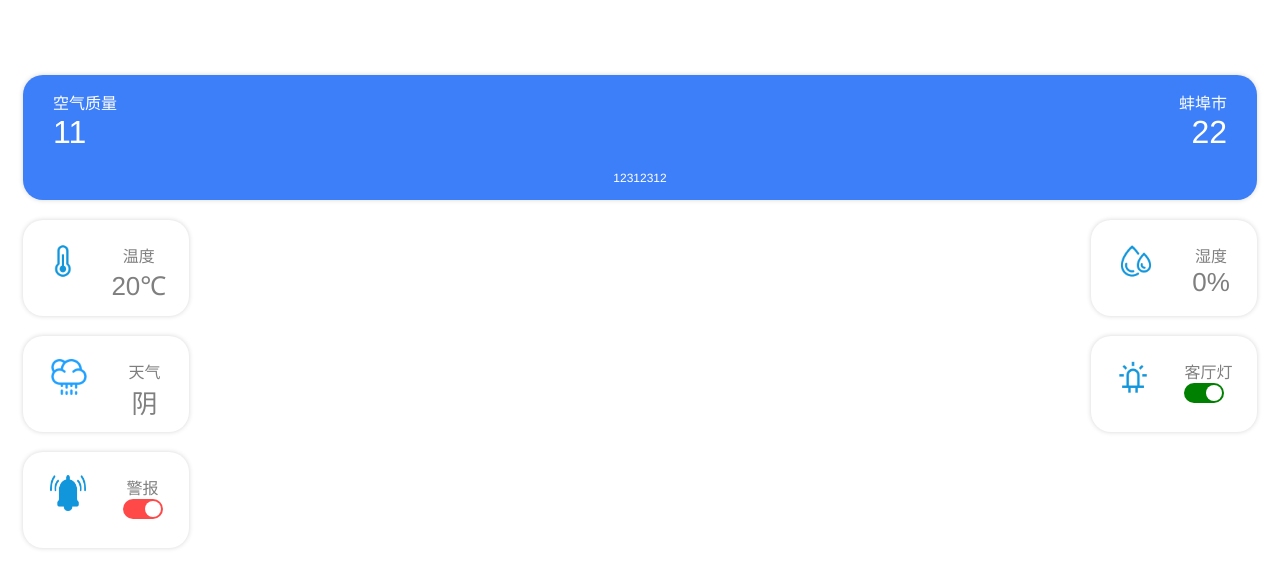
Repository: MashiroQi/MCU
Page: / (app in STM32/smart_house/WebCode/)
An editor plug-in stored every save of this project. The page is shown before and after the next save, followed by the edit.
The browser window is 1280 px wide. The pictures show the whole page.
The project was rebuilt for these pictures with package versions that can differ from the ones it lists, and the page was loaded fresh each time. Also part of the build but not shown: STM32/smart_house/WebCode/vue.config.js.

Above is the page before, as saved 2023-01-03 10:11:09.

### STM32/smart_house/WebCode/index.html
<!DOCTYPE html>
<html>
  <head>
    <meta charset="utf-8">
    <meta name="viewport" content="width=device-width,initial-scale=1.0">
    <title>proj</title>
  </head>
  <body>
    <div id="app"></div>
    <!-- built files will be auto injected -->
  </body>
</html>

### STM32/smart_house/WebCode/src/main.js
// The Vue build version to load with the `import` command
// (runtime-only or standalone) has been set in webpack.base.conf with an alias.
import Vue from 'vue'
import App from './App'
import router from './router'
import switchcomponent from './components/switch.vue'

Vue.config.productionTip = false

Vue.component(switchcomponent.name,switchcomponent);
/* eslint-disable no-new */
new Vue({
  el: '#app',
  router,
  components: { App },
  template: '<App/>'
})

### STM32/smart_house/WebCode/src/App.vue
<template>
  <div id="app">
    <router-view />
  </div>
</template>

<script>
export default {
  name: "App",
};
</script>

<style>
#app {
  font-family: "Avenir", Helvetica, Arial, sans-serif;
  -webkit-font-smoothing: antialiased;
  -moz-osx-font-smoothing: grayscale;
  text-align: center;
  color: #2c3e50;
  margin-top: 60px;
}
</style>

### STM32/smart_house/WebCode/src/router/index.js
import Vue from 'vue'
import Router from 'vue-router'
import Client from '@/components/Client'
Vue.use(Router)

export default new Router({
  routes: [
    {
      path: '/',
      name: 'Client',
      component: Client
    }
  ]
})

### STM32/smart_house/WebCode/src/components/switch.vue
<template>
  <div
    :class="['switchcomponent', disabled ? 'is-disabled' : '']"
    :style="{
      backgroundColor: isOk ? activeColor : inactiveColor,
      transform: `scale(${ratio})`,
    }"
    @click="switchVal"
  >
    <div
      class="switchcomponent-radio"
      :style="{ left: isOk ? '1px' : '22px' }"
    ></div>
  </div>
</template>

<script>
export default {
  name: "switchcomponent",
  props: {
    ratio: {
      type: Number,
      default: 1,
    },
    activeColor: {
      type: String,
      default: "#13ce66",
    },
    inactiveColor: {
      type: String,
      default: "#ff4949",
    },
    disabled: {
      type: Boolean,
      default: false,
    },
    default: {
      type: Array,
      default: [],
    },
    value: {
      type: String | Number | Boolean,
      require: true,
    },
  },
  data() {
    return {
      isOk: null,
      rules: [],
    };
  },
  watch: {
    value: {
      handler(val) {
        // 以下方式只需要在初始化执行即可
        if (this.default.length === 2 && this.default[0] !== this.default[1]) {
          this.rules = JSON.parse(JSON.stringify(this.default));
          let index = this.rules.findIndex((item) => item === val);
          switch (index) {
            case -1:
              this.rules = [true, false];
              break;
            case 0:
              this.isOk = true;
              break;
            case 1:
              this.isOk = false;
              break;
          }
        } else {
          this.rules = [true, false];
          this.value ? (this.isOk = true) : (this.isOk = false);
        }
      },
      immediate: true,
      deep: true,
    },
  },
  methods: {
    switchVal() {
      if (this.disabled) {
        return;
      }
      this.isOk = !this.isOk;
      this.$emit("input", this.isOk ? this.rules[0] : this.rules[1]);
      this.$emit("change", this.isOk ? this.rules[0] : this.rules[1]);
    },
  },
};
</script>

<style lang="scss" scoped>
.switchcomponent {
  cursor: pointer;
  width: 40px;
  height: 20px;
  border-radius: 10px;
  position: relative;

  .switchcomponent-radio {
    position: absolute;
    top: 50%;
    left: 1px;
    transform: translate(0, -50%);
    width: 16px;
    height: 16px;
    background-color: #fff;
    border-radius: 50%;
    transition: left 0.3s;
  }
}
.is-disabled {
  opacity: 0.6;
  cursor: not-allowed;
}
</style>

### STM32/smart_house/WebCode/src/components/Client.vue
<template>
  <div class="wrapper">
    <div class="header-wrapper">
      <div class="header-title">
        <span>空气质量</span>
        <span>蚌埠市</span>
      </div>
      <div class="header-text">
        <span>11</span>
        <span>22</span>
      </div>
      <div class="weather-advice">12312312</div>
    </div>
    <div class="data-wrapper">
      <div class="data">
        <img class="data-logo" src="/static/images/temperature.png" />
        <div class="data-text">
          温度
          <div class="data-value">20℃</div>
        </div>
      </div>
      <div class="data">
        <img class="data-logo" src="/static/images/humirity.png" />
        <div class="data-text">
          湿度
          <div class="data-value">0%</div>
        </div>
      </div>
    </div>
    <div class="data-wrapper">
      <div class="data">
        <img class="data-logo" src="/static/images/weather.png" />
        <div class="data-text">
          天气
          <div class="data-value">阴</div>
        </div>
      </div>
      <div class="data">
        <img class="data-logo" src="/static/images/LED.png" />
        <div class="data-text">
          客厅灯
          <div class="data-value">
            <switchcomponent
              v-model="active"
              active-color="red"
              inactive-color="green"
              name="username"
            ></switchcomponent>
          </div>
        </div>
      </div>
    </div>
    <div class="data-wrapper">
      <div class="data">
        <img class="data-logo" src="/static/images/alarm.png" />
        <div class="data-text">
          警报
          <div class="data-value">
            <switchcomponent color="#3d7ef9" />
          </div>
        </div>
      </div>
    </div>
  </div>
</template>

<script>
export default {
  name: "Client",
  data() {
    return {
      msg: "aaaa",
    };
  },
};
</script>

<style lang="scss" scoped>
.wrapper {
  padding: 15px;
  .header-wrapper {
    background-color: #3d7ef9;
    border-radius: 20px;
    color: #fff;
    box-shadow: #d6d6d6 0px 0px 5px;
    padding: 15px 30px;
    .header-title {
      display: flex;
      justify-content: space-between;
    }
    .header-text {
      font-size: 32px;
      font-weight: 400;
      display: flex;
      justify-content: space-between;
    }
    .weather-advice {
      margin-top: 20px;
      font-size: 12px;
    }
  }
  .data-wrapper {
    margin-top: 20px;
    display: flex;
    justify-content: space-between;
    .data {
      background-color: #fff;
      width: 150px;
      height: 80px;
      border-radius: 20px;
      display: flex;
      justify-content: space-around;
      padding: 8px;
      box-shadow: #d6d6d6 0px 0px 5px;
      .data-logo {
        height: 36px;
        width: 36px;
        margin-top: 15px;
      }
      .data-text {
        margin-top: 15px;
        color: #7f7f7f;
        .data-value {
          font-size: 26px;
        }
      }
    }
  }
}
</style>

After the next save:
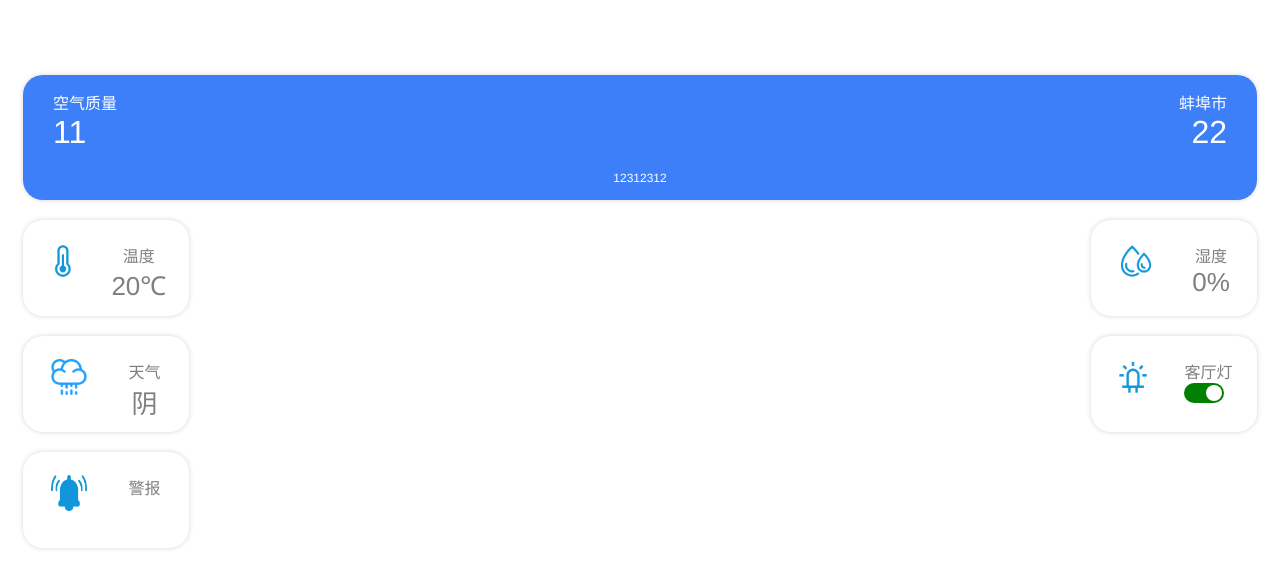
Saved 23 s later.
--- a/STM32/smart_house/WebCode/src/components/Client.vue
+++ b/STM32/smart_house/WebCode/src/components/Client.vue
@@ -56,7 +56,11 @@
         <div class="data-text">
           警报
           <div class="data-value">
-            <switchcomponent color="#3d7ef9" />
+            <kl-switch
+              :default="switchRule"
+              v-model="isOk"
+              @change="change"
+            ></kl-switch>
           </div>
         </div>
       </div>
